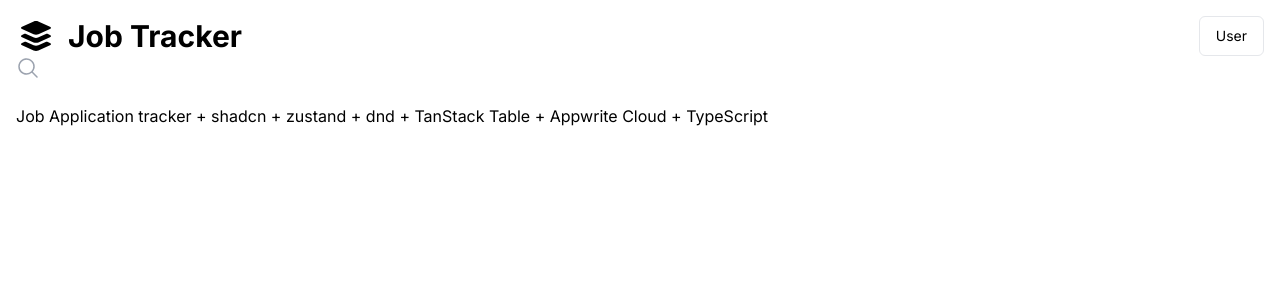
Repository: Vasil1001/job-applications-tracker-nextjs
Page: /
An editor plug-in stored every save of this project. The page is shown before and after the next save, followed by the edit.
The browser window is 1280 px wide. The pictures show the whole page.
The project was rebuilt for these pictures with package versions that can differ from the ones it lists, and the page was loaded fresh each time. The framework's server and built-in components were replaced by stand-ins that run in the browser. Also part of the build but not shown: next.config.js.

Above is the page before, as saved 2023-06-24 16:16:17.

After the next save:
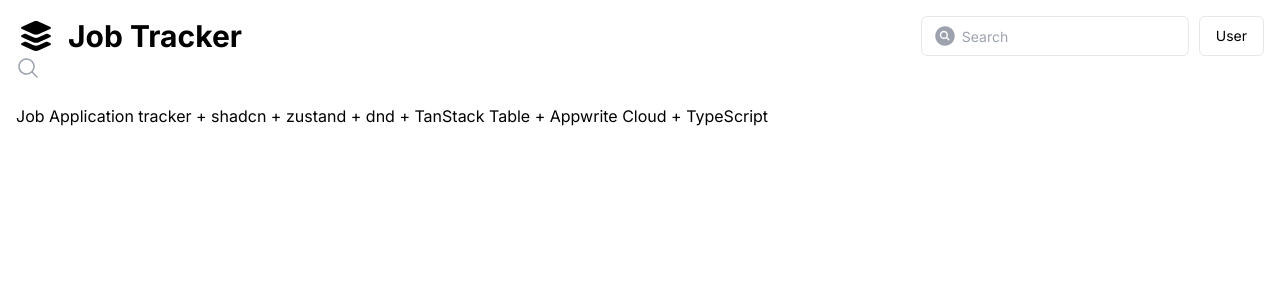
Saved 12 s later.
--- a/components/Header.tsx
+++ b/components/Header.tsx
@@ -24,7 +24,7 @@ export default function Header() {
         </div>
 
         <div className="flex gap-2.5">
-          {/* <SearchBar /> */}
+          <SearchBar />
           <button className="py-2 px-4 text-black border focus-visible:outline-none focus-visible:ring-1 focus:ring-gray-400 bg-white border-gray-200 sm:text-sm rounded-md hover:border-gray-300 ">
             User
           </button>
